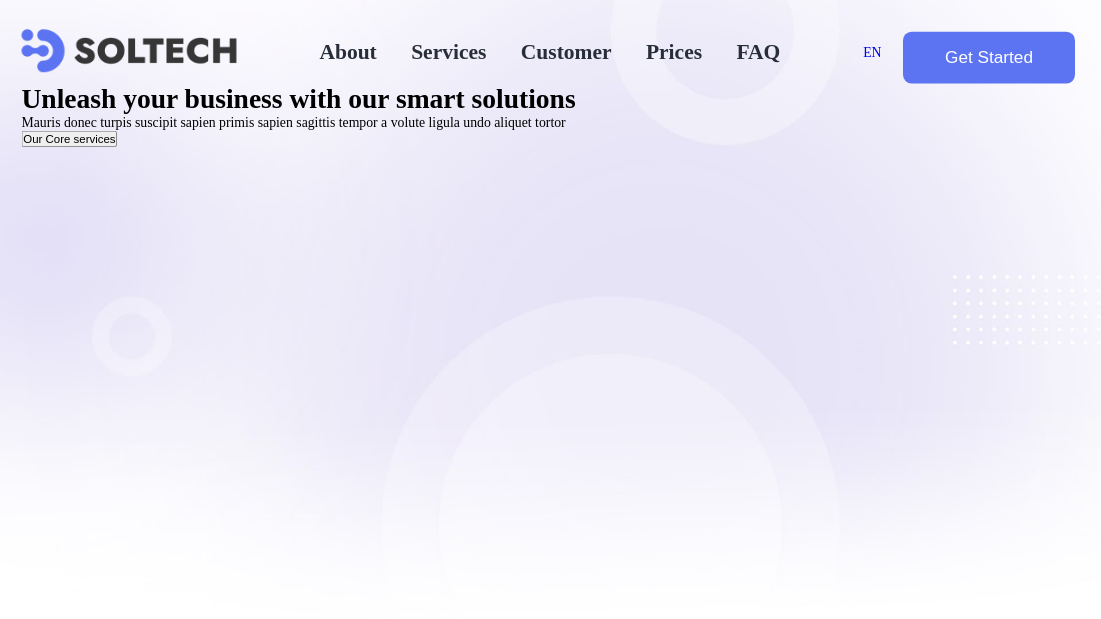
Repository: md-rabbi-hossain/Soltech-html
Page: index.html
An editor plug-in stored every save of this project. The page is shown before and after the next save, followed by the edit.
The browser window is 1280 px wide. The pictures show the whole page, at 86% of full size.

Above is the page before, as saved 2025-01-08 12:52:00.

### index.html
<!DOCTYPE html>
<html lang="en">
  <head>
    <meta charset="UTF-8" />
    <meta name="viewport" content="width=device-width, initial-scale=1.0" />
    <link rel="stylesheet" href="Css/style.css" />
    <title>Soltech</title>
  </head>
  <body>
    <header class="main-container">
      <div class="container">
        <nav>
          <div class="logo">
            <img src="image/logo-1.png" alt="Logo" />
          </div>
          <ul class="menu">
            <li class="dropdown">
              <a href="#">About</a>
              <ul class="dropdown-menu">
                <li><a href="#">Our Team</a></li>
                <li><a href="#">Our Mission</a></li>
                <li><a href="#">History</a></li>
              </ul>
            </li>
            <li><a href="#">Services</a></li>
            <li><a href="#">Customer</a></li>
            <li><a href="#">Prices</a></li>
            <li><a href="#">FAQ</a></li>
          </ul>
          <div class="actions">
            <div class="dropdown">
              <li><a href="#">EN</a></li>
              <ul class="dropdown-menu">
                <li><a href="#">English</a></li>
                <li><a href="#">Spanish</a></li>
              </ul>
            </div>
            <button class="get-started">Get Started</button>
          </div>
        </nav>
        <!-- Navbar end here  -->
        <!-- hero start here  -->
        <div class="hero-parents">
          <div class="left-side">
            <div class="content">
              <h1>Unleash your business with our smart solutions</h1>
              <p>
                Mauris donec turpis suscipit sapien primis sapien sagittis
                tempor a volute ligula undo aliquet tortor
              </p>
              <button>Our Core services</button>
            </div>
          </div>
        </div>
      </div>
    </header>
  </body>
</html>

### Css/style.css
* {
  margin: 0;
  padding: 0;
  box-sizing: border-box;
}
@font-face {
  font-family: Inter;
  src: url("/Font/Inter_24pt-Regular.ttf") format("woff2");
  src: url("/Font/Inter_24pt-Regular.ttf") format("woff");
  src: url("/Font/Inter_24pt-Regular.ttf") format("truetype");
  font-weight: normal;
  font-style: normal;
}
@font-face {
  font-family: Jakarta;
  src: url("/Font/PlusJakartaSans-Regular.ttf") format("woff2");
  src: url("/Font/PlusJakartaSans-Regular.ttf") format("woff");
  src: url("/Font/PlusJakartaSans-Regular.ttf") format("truetype");
  font-weight: normal;
  font-style: normal;
}
.main-container {
  max-width: 100%;
  height: 100vh;
  background-image: url("/image/hero-1.jpg");
  background-size: cover;
  background-repeat: no-repeat;
}
.container {
  max-width: 1400px;
  display: block;
  margin: 0 auto;
  padding: 25px;
}

li {
  list-style: none;
}
li a {
  text-decoration: none;
}
/* General Styles */

nav {
  display: flex;
  justify-content: space-between;
  align-items: center;
}

.logo img {
  max-height: 50px;
}

.menu {
  display: flex;
  list-style: none;
  gap: 20px;
}

.menu li {
  position: relative;
}

.menu a {
  text-decoration: none;
  font-size: 25px;
  color: #282d3a;
  font-weight: bold;
  padding: 5px 10px;
}

/* Dropdown Styles */
.dropdown:hover .dropdown-menu {
  display: block;
}

.dropdown-menu {
  display: none;
  position: absolute;
  background: #fff;
  box-shadow: 0 4px 6px rgba(0, 0, 0, 0.1);
  border-radius: 5px;
  margin-top: 10px;
  list-style: none;
  padding: 10px 0;
}

.dropdown-menu li {
  padding: 5px 20px;
}

.dropdown-menu li a {
  color: #282d3a;
}

.dropdown-menu li:hover {
  background: #f1f1f1;
}

/* Actions Section */
.actions {
  display: flex;
  align-items: center;
  gap: 20px;
}

.get-started {
  background: #5d74f2;
  color: #fff;
  font-size: 20px;
  line-height: 28px;
  padding: 6px 22px 8px;
  margin: 12px 5px 0;
  border: none;
  border-radius: 10px;
  width: 200px;
  height: 60px;
  cursor: pointer;
  transition: 0.5s;
}

.get-started:hover {
  background: #f2f0fb;
  border: 1px solid black;
  color: #585f6e;
}

After the next save:
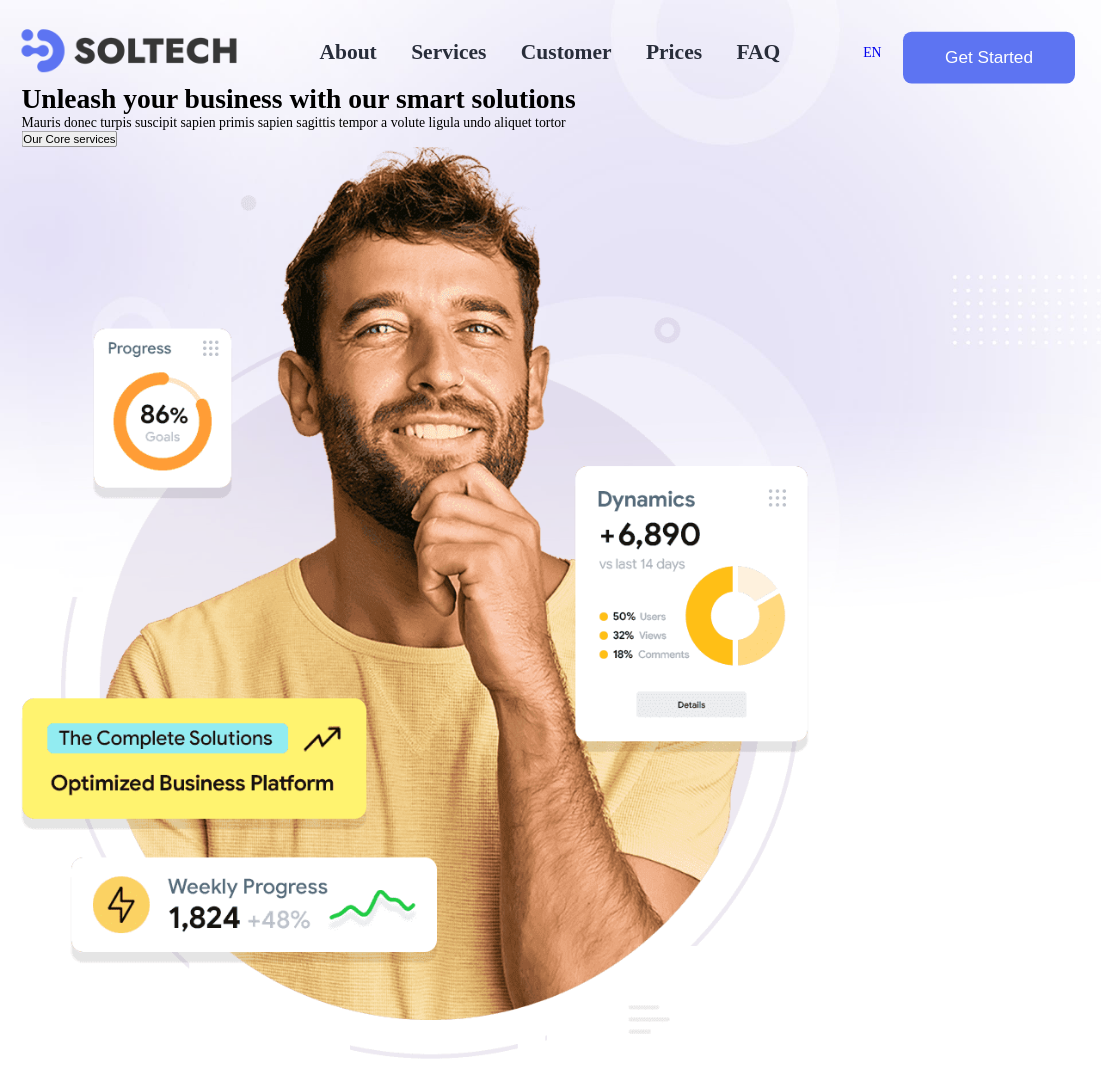
Saved 54 s later.
--- a/index.html
+++ b/index.html
@@ -51,6 +51,9 @@
               <button>Our Core services</button>
             </div>
           </div>
+          <div class="right">
+            <img src="/image/hero-right.png" alt="" />
+          </div>
         </div>
       </div>
     </header>
